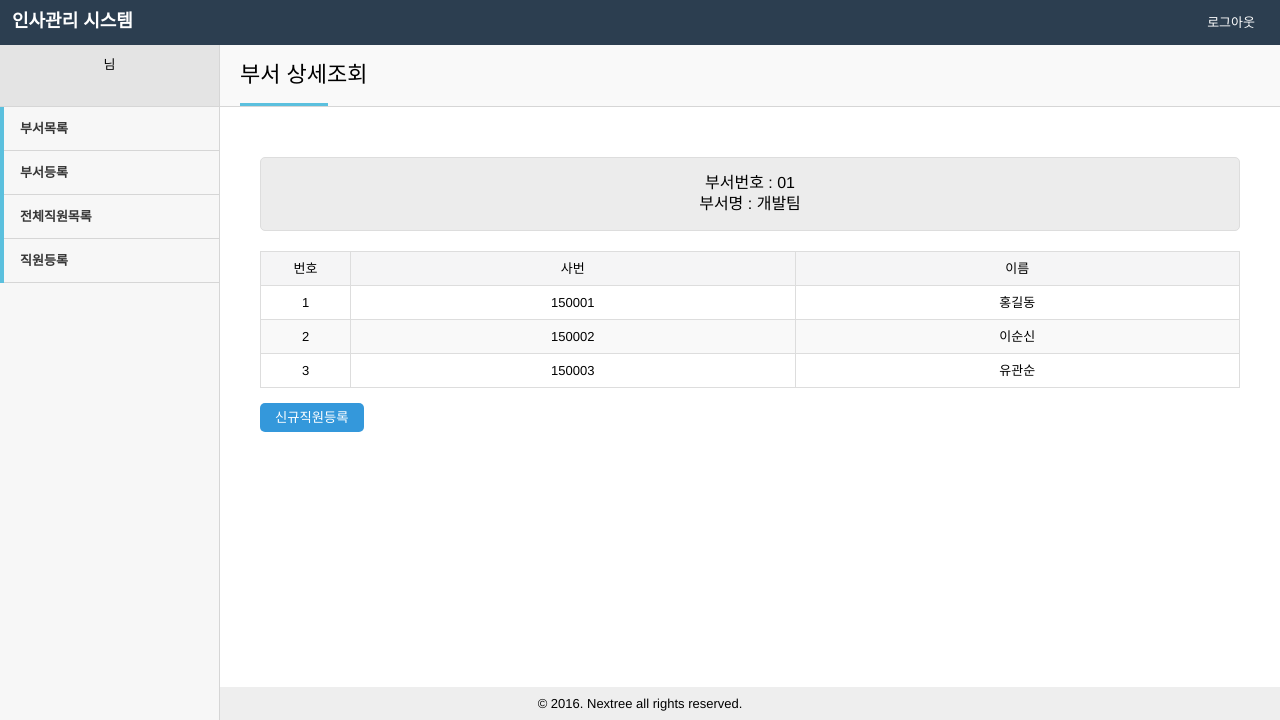
Repository: brotherdoor/shiba
Page: http://localhost/HumanResource_templete/views/deptDetail.jsp
An editor plug-in stored every save of this project. The page is shown before and after the next save, followed by the edit.
The browser window is 1280 px wide. The pictures show the whole page.
The page is served by Tomcat 9.

Above is the page before, as saved 2017-02-27 03:08:40.

After the next save:
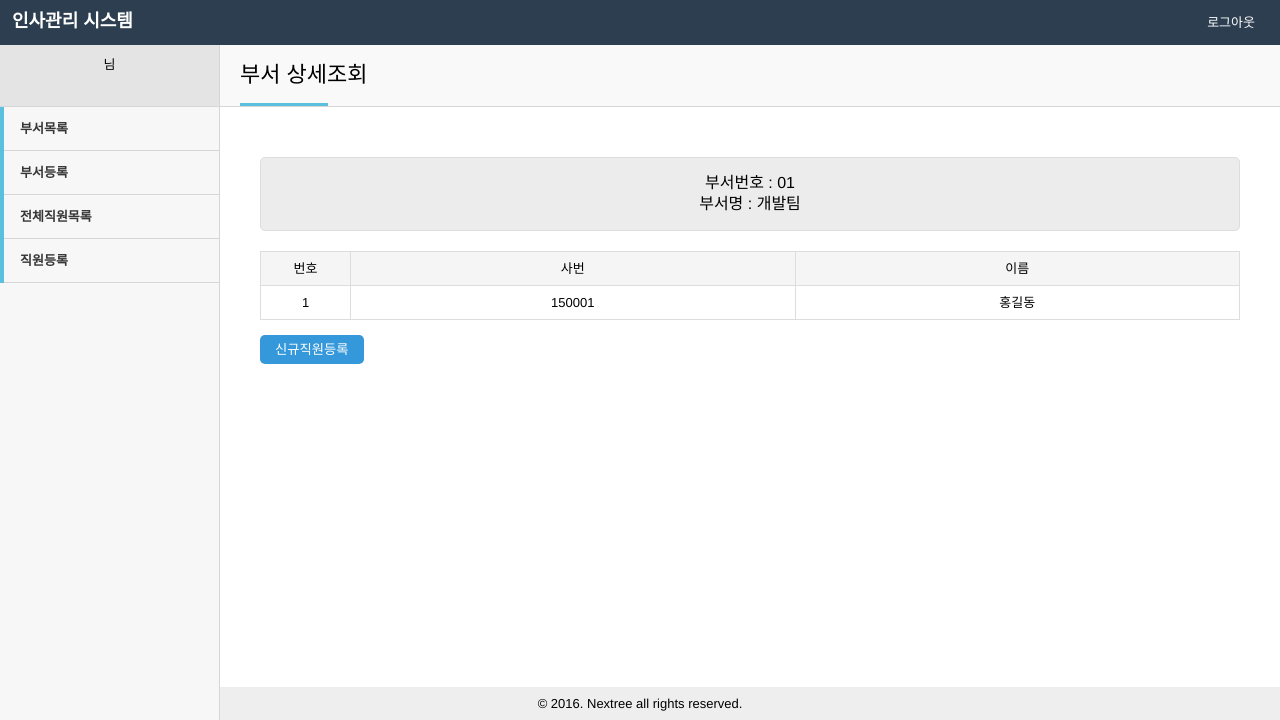
Saved 10 s later.
--- a/jsp/HumanResource_templete/WebContent/views/deptDetail.jsp
+++ b/jsp/HumanResource_templete/WebContent/views/deptDetail.jsp
@@ -43,16 +43,6 @@
                 <td>150001</td>
                 <td>홍길동</td>
             </tr>
-            <tr>
-                <td>2</td>
-                <td>150002</td>
-                <td>이순신</td>
-            </tr>
-            <tr>
-                <td>3</td>
-                <td>150003</td>
-                <td>유관순</td>
-            </tr>
             </tbody>
         </table>
         <button>신규직원등록</button>
